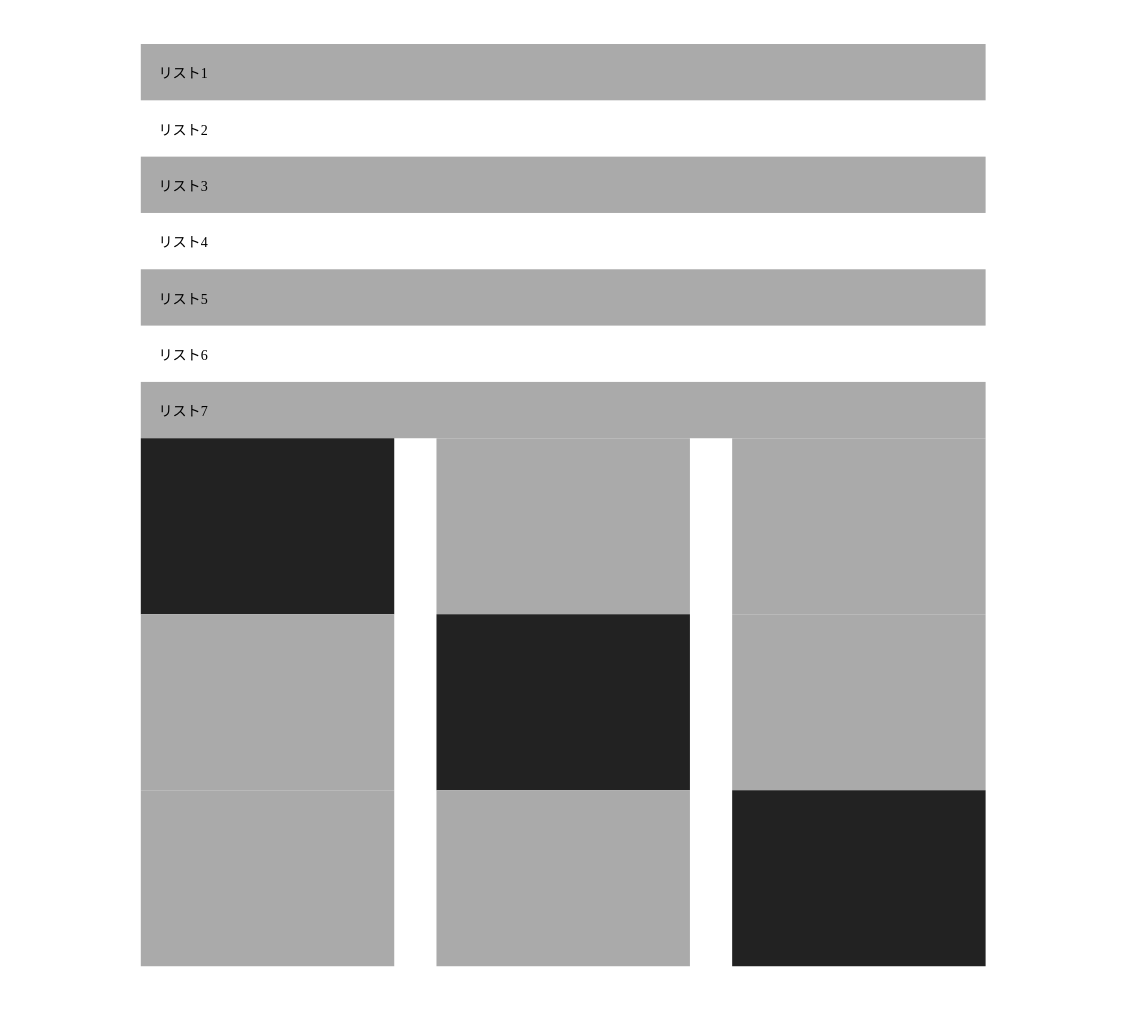
Repository: Y-takumi0/DMMwebcamp
Page: exercise/chapter8.html
The author's editor kept a record of every edit. The page is drawn from the files as they stood at one moment, then again after the next edit.
The browser window is 1280 px wide. The pictures show the whole page, at 88% of full size.

Above is the page before.

After the next edit:
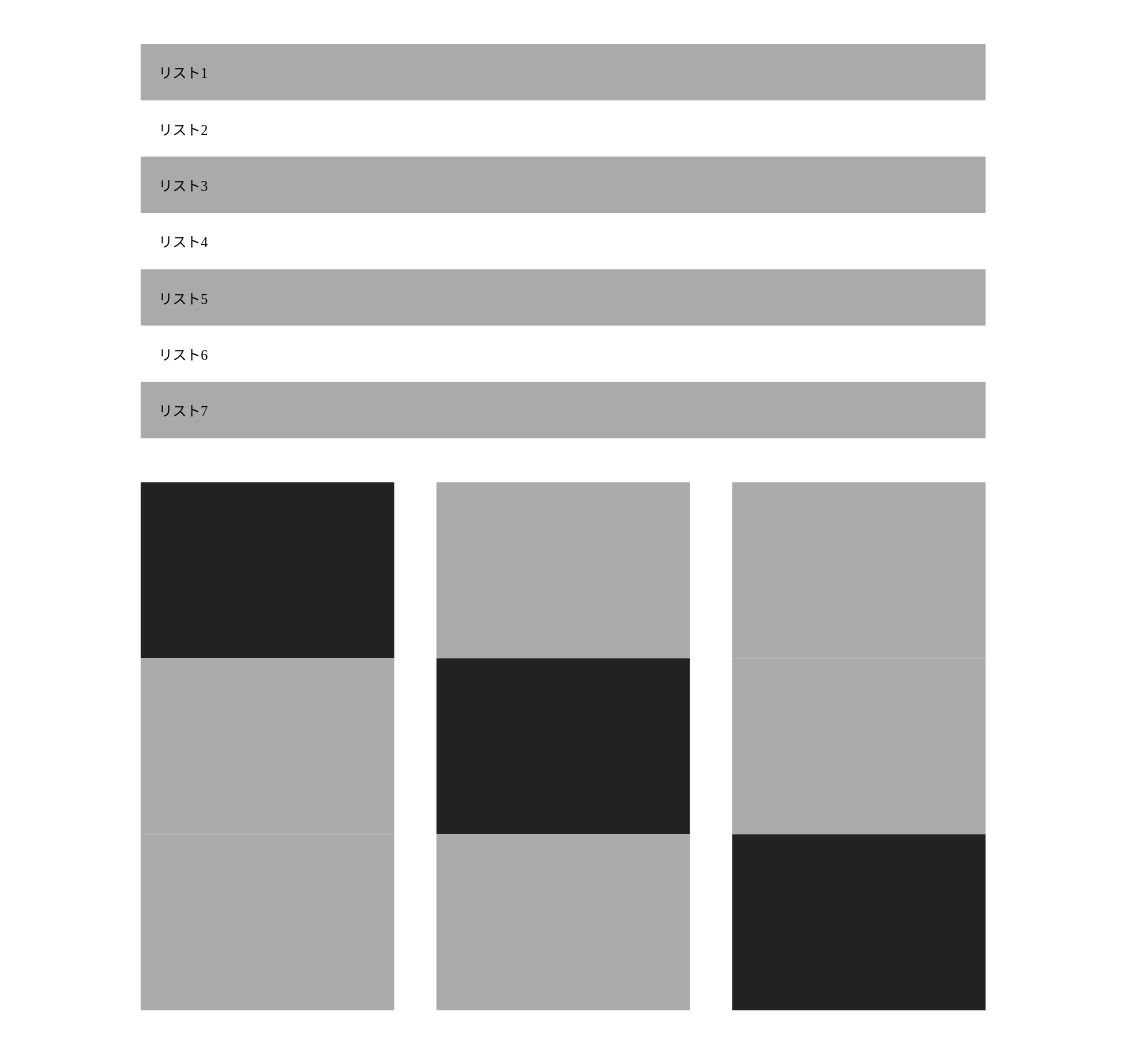
The edit:
--- a/exercise/chapter8.css
+++ b/exercise/chapter8.css
@@ -10,7 +10,7 @@
 }
 
 .list {
-  margin-bottom: 50;
+  margin-bottom: 50px;
 }
 
 .item {
